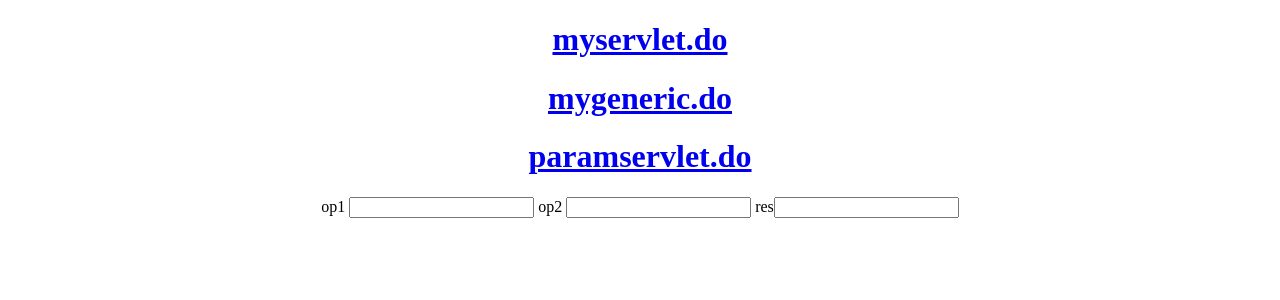
Repository: govltjsdnd24/SSAFY_BackEnd
Page: LocalServletJspEx/WebContent/index.html
An editor plug-in stored every save of this project. The page is shown before and after the next save, followed by the edit.
The browser window is 1280 px wide. The pictures show the whole page.

Above is the page before, as saved 2023-09-14 05:04:14.

After the next save:
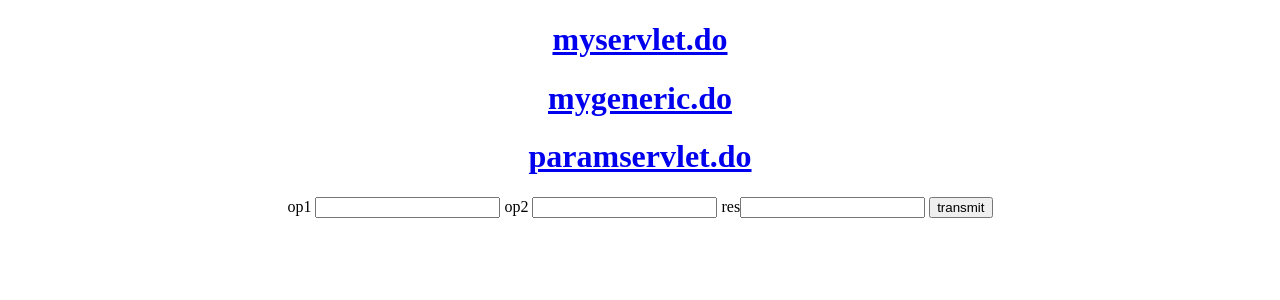
Saved 2 min 39 s later.
--- a/LocalServletJspEx/WebContent/index.html
+++ b/LocalServletJspEx/WebContent/index.html
@@ -13,6 +13,7 @@
 			<label for="iop1">op1 </label><input type="text" id= "iop1" name= "nop1">
 			<label for="iop2">op2 </label><input type="text" id= "iop2" name= "nop2">
 			<label for="res">res</label><input type="text" id= "res" name= "res" readonly="readonly">
+			<input type="submit" value = "transmit">
 		</form>
 	</div>
 </body>
